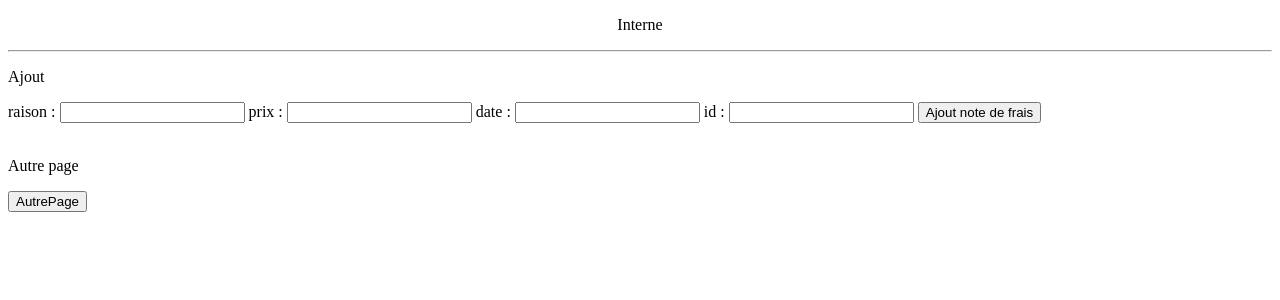
Repository: Shakibaei-2020/CRA_JEE_FINAL
Page: http://localhost/jee_crainfocom/ControleInterneGestionFrais
The author's editor kept a copy of each file at every save. The page is drawn from the files as they stood at one save, then again after the next save.
The browser window is 1280 px wide. The pictures show the whole page.
The page is served by Tomcat 9.

Above is the page before, as saved 2021-04-08 10:51:55.

After the next save:
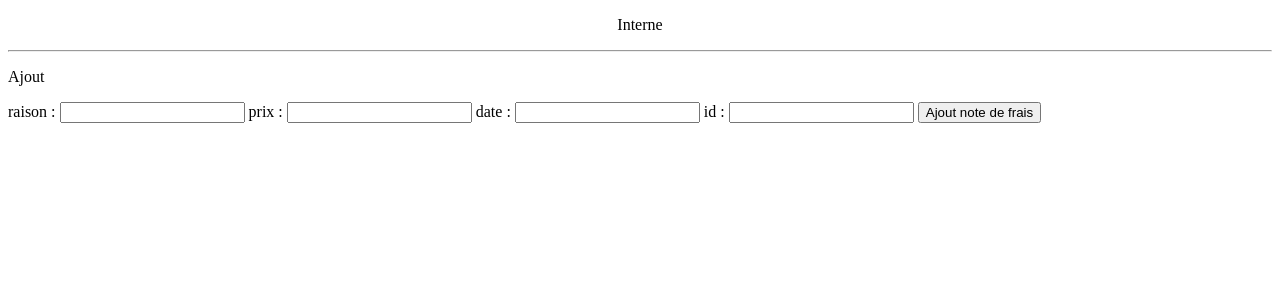
Saved 4 min 59 s later.
--- a/CRA_JEE_FINAL/jee_crainfocom/src/main/webapp/WEB-INF/AccueilInterne.jsp
+++ b/CRA_JEE_FINAL/jee_crainfocom/src/main/webapp/WEB-INF/AccueilInterne.jsp
@@ -27,11 +27,6 @@
             <input type="submit" value="Ajout note de frais" />
 </form>
 
-<br>
-  <p>Autre page</p>
-<form method="post" action="ControleAdminGestionCollab" >
-            <input type="submit" value="AutrePage" />
-</form>
 
 </body>
 </html>
